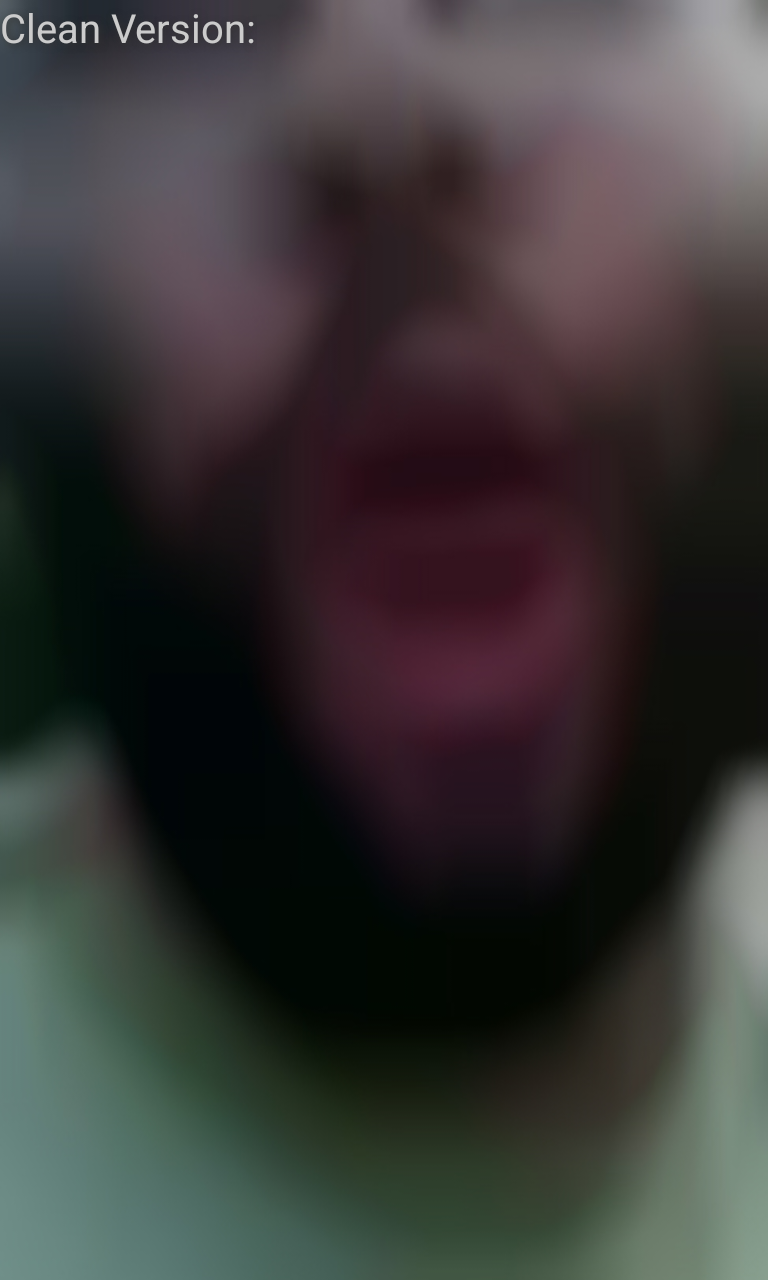
Repository: Cookahn/bioca_sounds
Layout: ChicoBiocaApp/res/layout/settings.xml
These files come from the project's save history. The layout is drawn as it stood at one moment and after the next save; the edit follows.
It is drawn on a 768 x 1280 px phone screen (xhdpi) without system bars, with theme AppTheme; the app's code is not run.

Above is the layout before, as saved 2014-08-13 03:03:46.

### ChicoBiocaApp/res/layout/settings.xml
<?xml version="1.0" encoding="utf-8"?>
<LinearLayout xmlns:android="http://schemas.android.com/apk/res/android"
    android:layout_width="match_parent"
    android:layout_height="match_parent"
    android:background="@drawable/backgroundtofuck"
    android:orientation="vertical" >

    <TextView
        android:layout_width="wrap_content"
        android:layout_height="wrap_content"
        android:shadowColor="#333"
        android:shadowDx="2"
        android:shadowDy="2"
        android:shadowRadius="6"
        android:text="@string/clean_version"
        android:textColor="#ccc"
        android:textSize="20sp" />

</LinearLayout>

### ChicoBiocaApp/res/values/strings.xml
<?xml version="1.0" encoding="utf-8"?>
<resources>

    <string name="app_name">Chico Bioca Remix</string>
    <string name="are_you_ready">Está preparado para a melhor TRANSA da sua Vida?</string>
    <string name="action_settings">Settings</string>
    <string name="i_want_to_fuck">Quero Transá</string>
    <string name="suck_an_ass_and_pa">Chupe uns C# e Pá</string>
    <string name="clean_version">Clean Version:</string>
    <string name="sim">Sim</string>
    <string name="nao">Não</string>

    <!-- Bioca phrases -->
    <string name="i_want_to_know">Eu quero sabê</string>
    <string name="who_fuck">Quem é que transa</string>
    <string name="who_fuck_in_this_shit">Quem transa nessa porra</string>
    <string name="gluu">Gluuu</string>
    <string name="glooe">Gloooe</string>
    <string name="anal_sex">Sexo Anal</string>
    <string name="lh_smack">Lhlhlh smack</string>
    <string name="suck_an_ass">Chupá um cú</string>
    <string name="pa_and">Pá e sei que lá</string>
    <string name="have_sex">Transá mesmo</string>
    <string name="fuck_vagina">Comer vagina</string>
    <string name="everything">Tudo mais</string>
    <string name="i_dont_wanna_know">Quero nem saber nesse caraio</string>
    <string name="in_this_shit">Nessa porra</string>
    <string name="cool_tocacco">Um tabaco bem massa</string>
    <string name="for_us">Pra gente</string>
    <string name="pff">Pff</string>
    <string name="pff_pff">Pff Pfff</string>
    <string name="pff_pff_pff">Pf Pff Pfff</string>
    <string name="fuck_until">Fudê até o talo</string>
    <string name="aoe">Aeaoeaoeeae</string>

    <string-array name="phraseBioca">
        <item name="i_want_to_know">Quero sabê</item>
        <item name="who_fuck">Quem transa</item>
        <item name="who_fuck_in_this_shit">Transa nessa porra</item>
        <item name="gluu">Gluuu</item>
        <item name="glooe">Gloooe</item>
        <item name="anal_sex">Sexo Anal</item>
        <item name="lh_smack">Lhlhlh smack</item>
        <item name="suck_an_ass">Chupá um cú</item>
        <item name="pa_and">Sei que lá</item>
        <item name="have_sex">Transá mesmo</item>
        <item name="fuck_vagina">Comer vagina</item>
        <item name="everything">Tudo mais</item>
        <item name="i_dont_wanna_know">Quero nem sabê</item>
        <item name="in_this_shit">Nessa porra</item>
        <item name="cool_tocacco">Tabaco massa</item>
        <item name="for_us">Pra gente</item>
        <item name="pff">Pff</item>
   	    <item name="pff_pff">Pff Pfff</item>
        <item name="pff_pff_pff">Pf Pff Pfff</item>
        <item name="fuck_until">Fudê até</item>
        <item name="aoe">Aeaoe</item>
        <item name="aoe">Aeaoeaoeeae</item>

    </string-array>

</resources>

Loaded but not shown: ChicoBiocaApp/res/values/styles.xml (common file); ChicoBiocaApp/res/values-v11/styles.xml (common file); ChicoBiocaApp/res/values-v14/styles.xml (common file)

After the next save:
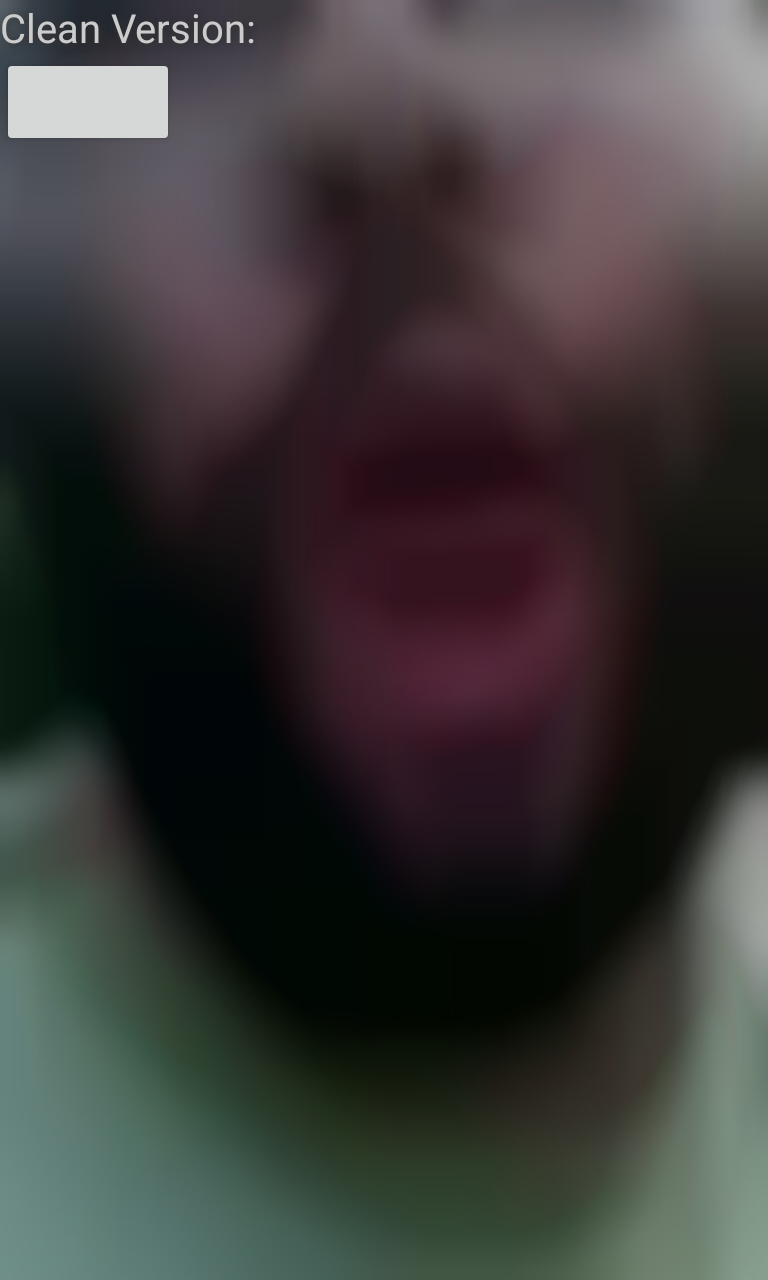
Saved 17 s later.
--- a/ChicoBiocaApp/res/layout/settings.xml
+++ b/ChicoBiocaApp/res/layout/settings.xml
@@ -16,4 +16,8 @@
         android:textColor="#ccc"
         android:textSize="20sp" />
 
+    <Button
+        android:layout_width="wrap_content"
+        android:layout_height="wrap_content"></Button>
+
 </LinearLayout>
